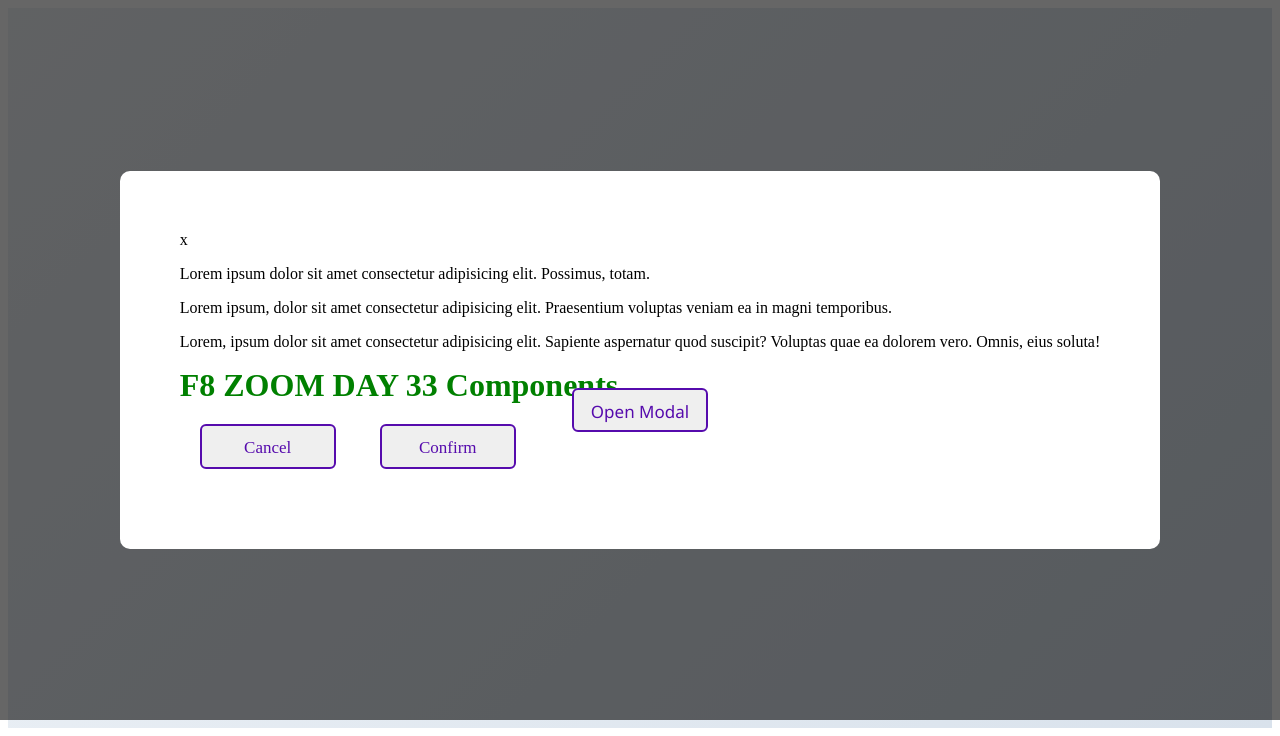
Repository: lannguyen1301/f8-zoom-day-33-new
Page: index.html
These files come from the project's save history. The page is drawn as it stood at one moment and after the next save; the edit follows.
The browser window is 1280 px wide. The pictures show the whole page.
After loading, the first visible `#open-modal` was clicked once.

Above is the page before, as saved 2025-08-06 00:47:27.

After the next save:
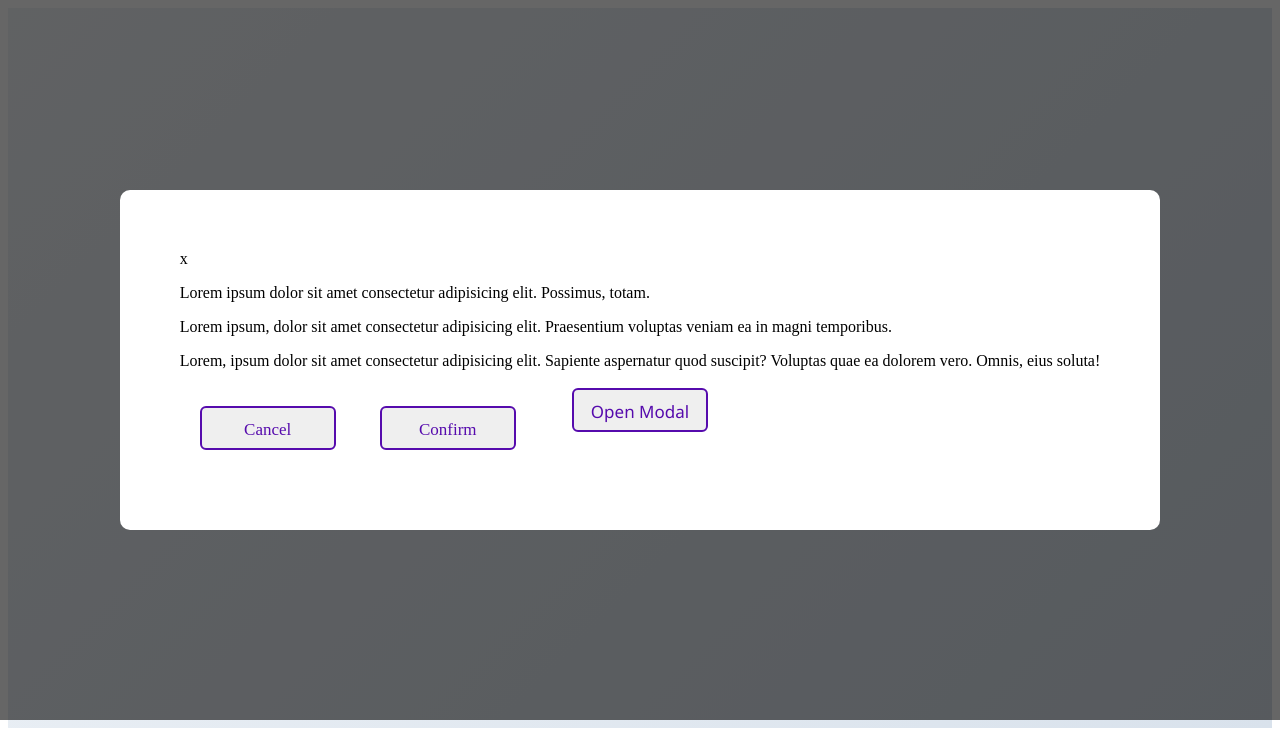
Saved 95 s later.
--- a/Components/app-modal.js
+++ b/Components/app-modal.js
@@ -23,8 +23,8 @@ class AppModal extends HTMLElement {
         // });
 
         // Set heading
-        const heading = this.shadowRoot.querySelector("#heading");
-        heading.textContent = this.getAttribute("heading");
+        // const heading = this.shadowRoot.querySelector("#heading");
+        // heading.textContent = this.getAttribute("heading");
         this.dispatchEvent(new CustomEvent("open"));
         // heading nằm ở <app-modal id="" heading="Modal 1"></app-modal>
 
